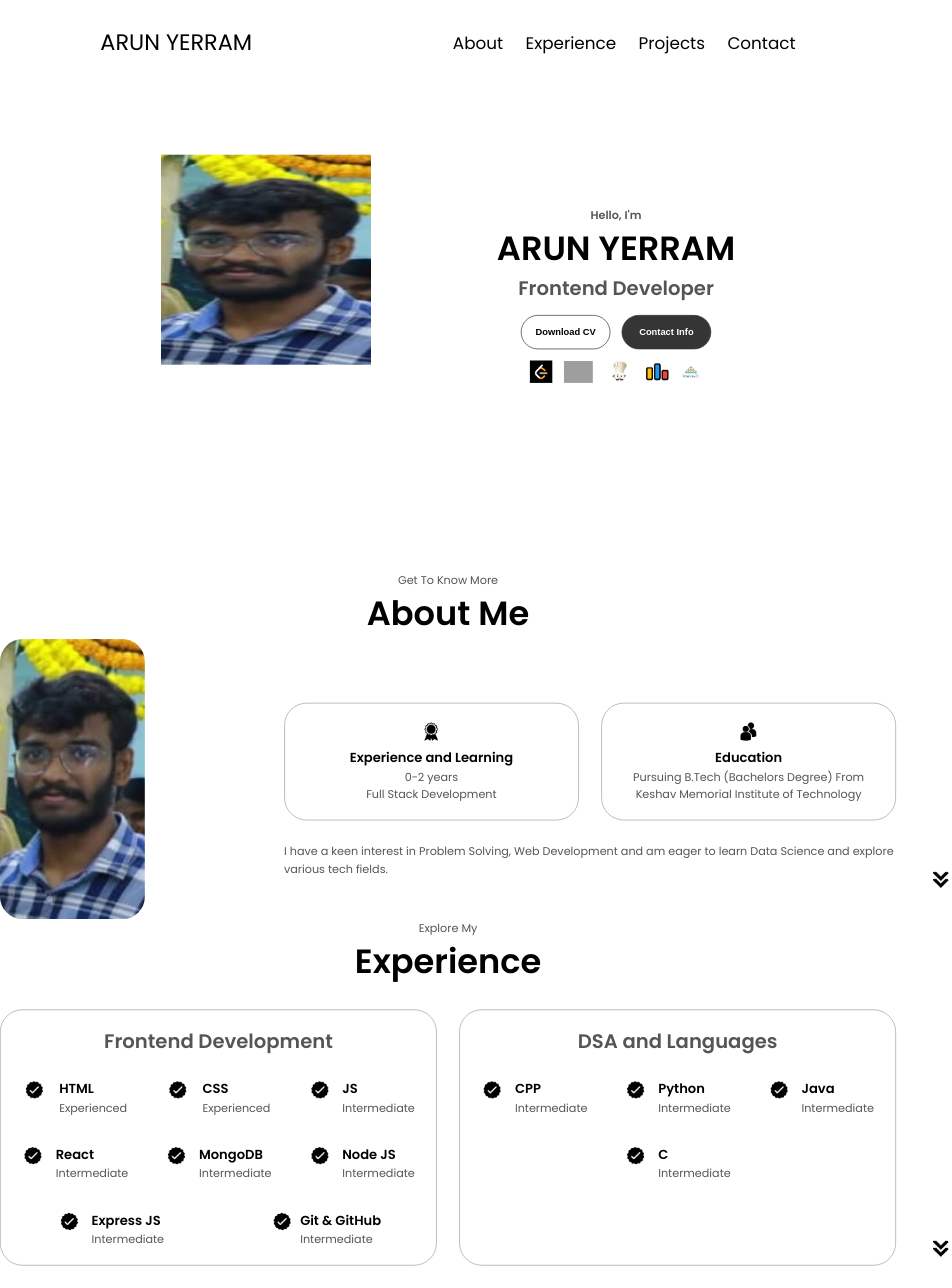
Repository: ARUN-YERRAM/ARUN-YERRAM-PORTFOLIO
Page: portfolio/index.html
The author's editor kept a copy of each file at every save. The page is drawn from the files as they stood at one save, then again after the next save.
The browser window is 1280 px wide. The page is 1360 px wide, so the pictures cover 1360 px, including what lies to the right of the window. The pictures show the part of the page from y = 0 to 1840 px (the page is 3129 px tall), at 70% of full size.
Pictures or frames that could not be fetched are drawn as grey boxes.

Above is the page before, as saved 2024-07-07 04:42:10.

After the next save:
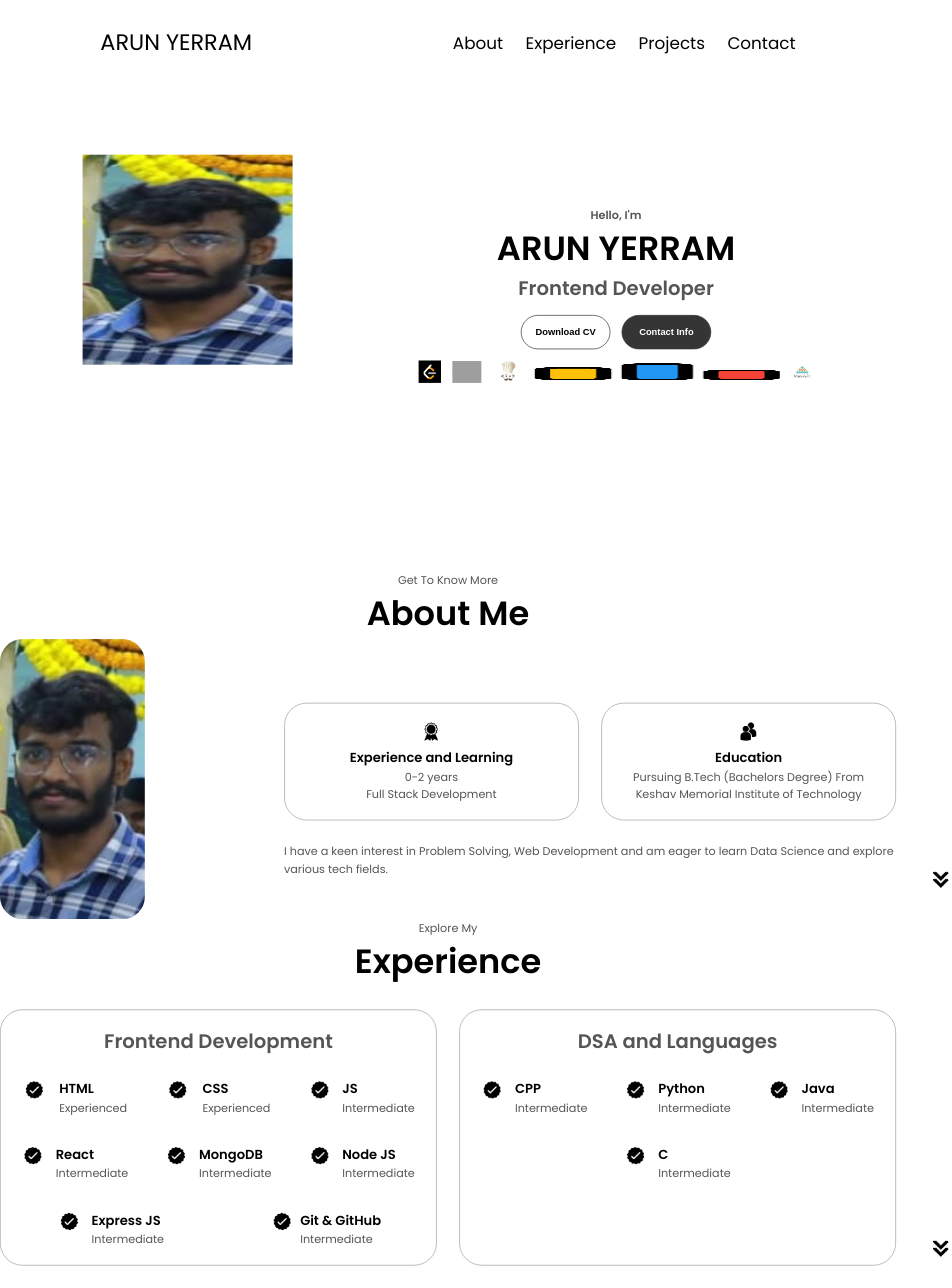
Saved 5 s later.
--- a/portfolio/index.html
+++ b/portfolio/index.html
@@ -52,7 +52,7 @@
         <img src="./assets/leetcode.png" alt="My Leetcode profile" class="icon" onclick="window.open('https://leetcode.com/u/arun_2005/', '_blank')" />
         <img src="./assets/GFG.jpeg" alt="My GFG profile" class="icon" onclick="window.open('https://www.geeksforgeeks.org/user/arunyerram/?utm_source=geeksforgeeks&utm_medium=my_profile&utm_campaign=auth_user', '_blank')" />
         <img src="./assets/CodeChef.jpeg" alt="My CodeChef profile" class="icon" onclick="window.open('https://www.codechef.com/users/yarun2k05', '_blank')" />
-        <img src="./assets/Codeforces.png" alt="My CodeForces profile" class="icon" width="onclick="window.open('https://codeforces.com/profile/Arunyerram_12', '_blank')" />
+        <img src="./assets/Codeforces.png" alt="My CodeForces profile" class="icon" width="350pconclick="window.open('https://codeforces.com/profile/Arunyerram_12', '_blank')" />
         <img src="./assets/IB.png" alt="My InterviewBit profile" class="icon" onclick="window.open('https://www.interviewbit.com/profile/yerram-arun/', '_blank')" />
       </div>
     </div>
